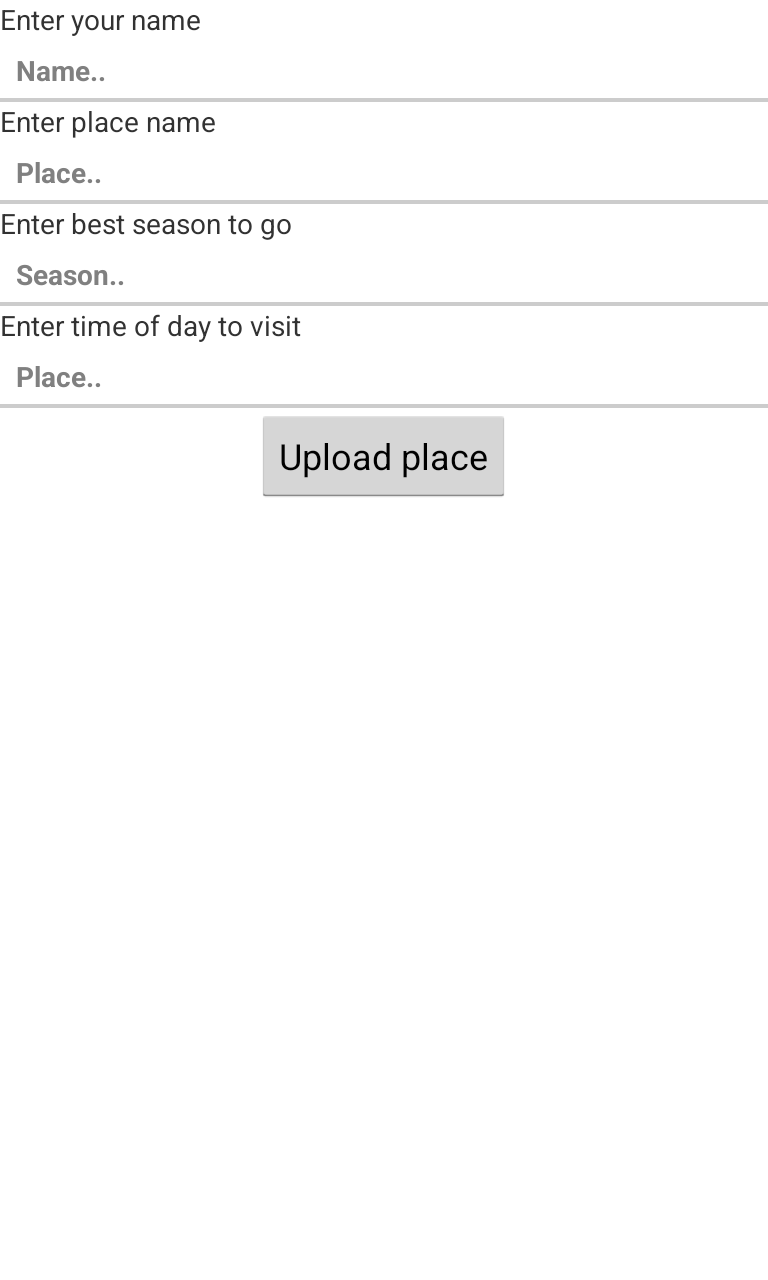
Repository: sandeshshetty/TravelZeus
Layout: TravelZeus/res/layout/fragment_insert_info.xml
An editor plug-in stored every save of this project. The layout is shown before and after the next save, followed by the edit.
It is drawn on a 768 x 1280 px phone screen (xhdpi) without system bars, with theme AppTheme; the app's code is not run.

Above is the layout before, as saved 2015-05-16 17:30:21.

### TravelZeus/res/layout/fragment_insert_info.xml
<?xml version="1.0" encoding="utf-8"?>
<LinearLayout xmlns:android="http://schemas.android.com/apk/res/android"
    android:layout_width="match_parent"
    android:layout_height="match_parent"
    android:orientation="vertical">

    <TextView
        android:layout_width="match_parent"
        android:layout_height="wrap_content"
        android:text="Enter your name" />

    <EditText
        android:id="@+id/userInputName"
        android:layout_height="wrap_content"
    	android:layout_width="match_parent"
    	android:hint="Name.."
    	style="?android:listSeparatorTextViewStyle" />

    <TextView
        android:layout_width="match_parent"
        android:layout_height="wrap_content"
        android:text="Enter place name" />

    <EditText
        android:id="@+id/userInputPlace"
        android:layout_height="wrap_content"
    	android:layout_width="match_parent"
    	android:hint="Place.."
    	style="?android:listSeparatorTextViewStyle" />

    <TextView
        android:layout_width="match_parent"
        android:layout_height="wrap_content"
        android:text="Enter best season to go" />

    <EditText
        android:id="@+id/userInputSeason"
        android:layout_height="wrap_content"
    	android:layout_width="match_parent"
    	android:hint="Season.."
    	style="?android:listSeparatorTextViewStyle" />

    <TextView
        android:layout_width="match_parent"
        android:layout_height="wrap_content"
        android:text="Enter time of day to visit" />

    <EditText
        android:id="@+id/userInputTime"
        android:layout_height="wrap_content"
    	android:layout_width="match_parent"
    	android:hint="Place.."
    	style="?android:listSeparatorTextViewStyle" />

     <Button
        android:id="@+id/userInputUpload"
        android:layout_width="wrap_content"
        android:layout_height="wrap_content"
       	android:layout_gravity="center_horizontal"
       	android:text="Upload place" />

</LinearLayout>

Loaded but not shown: TravelZeus/res/values/styles.xml (common file); TravelZeus/res/values-v11/styles.xml (common file); TravelZeus/res/values-v14/styles.xml (common file)

After the next save:
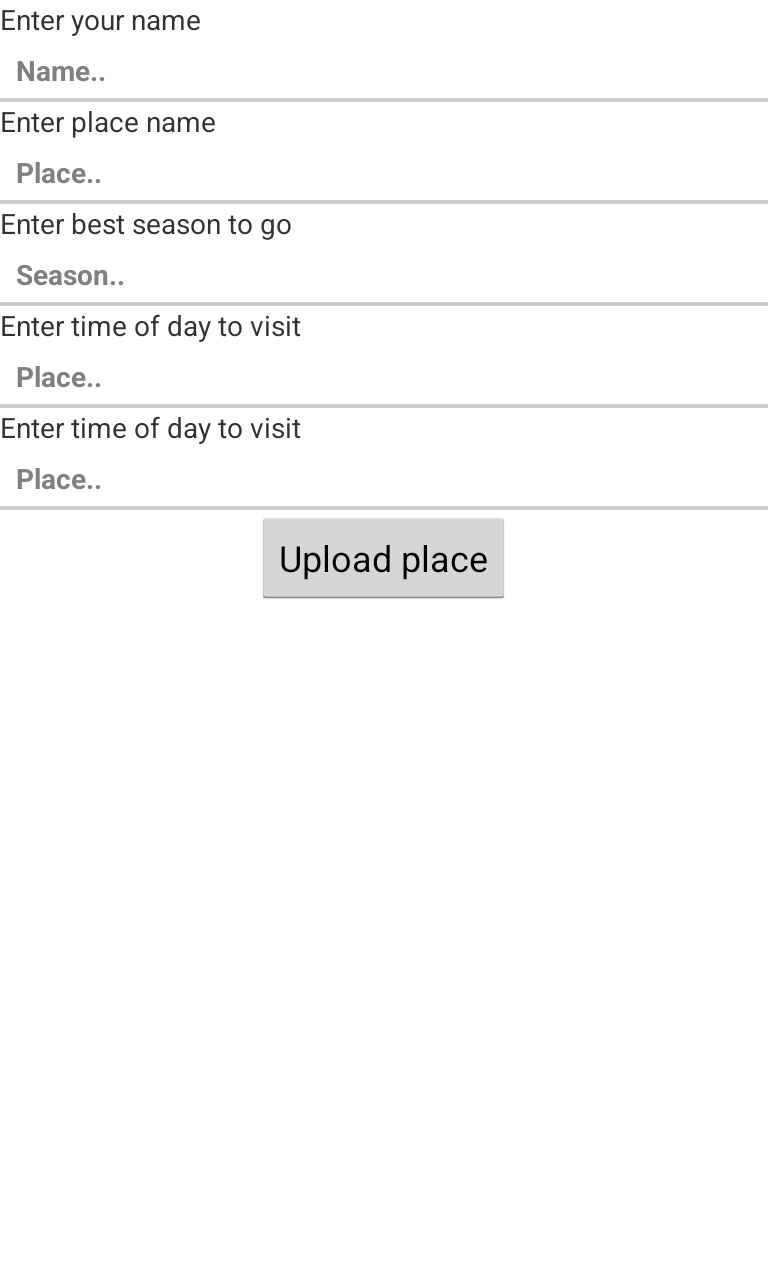
Saved 4 min 38 s later.
--- a/TravelZeus/res/layout/fragment_insert_info.xml
+++ b/TravelZeus/res/layout/fragment_insert_info.xml
@@ -52,6 +52,18 @@
     	android:hint="Place.."
     	style="?android:listSeparatorTextViewStyle" />
 
+    <TextView
+        android:layout_width="match_parent"
+        android:layout_height="wrap_content"
+        android:text="Enter time of day to visit" />
+
+    <EditText
+        android:id="@+id/userInputTime"
+        android:layout_height="wrap_content"
+    	android:layout_width="match_parent"
+    	android:hint="Place.."
+    	style="?android:listSeparatorTextViewStyle" />
+
      <Button
         android:id="@+id/userInputUpload"
         android:layout_width="wrap_content"
